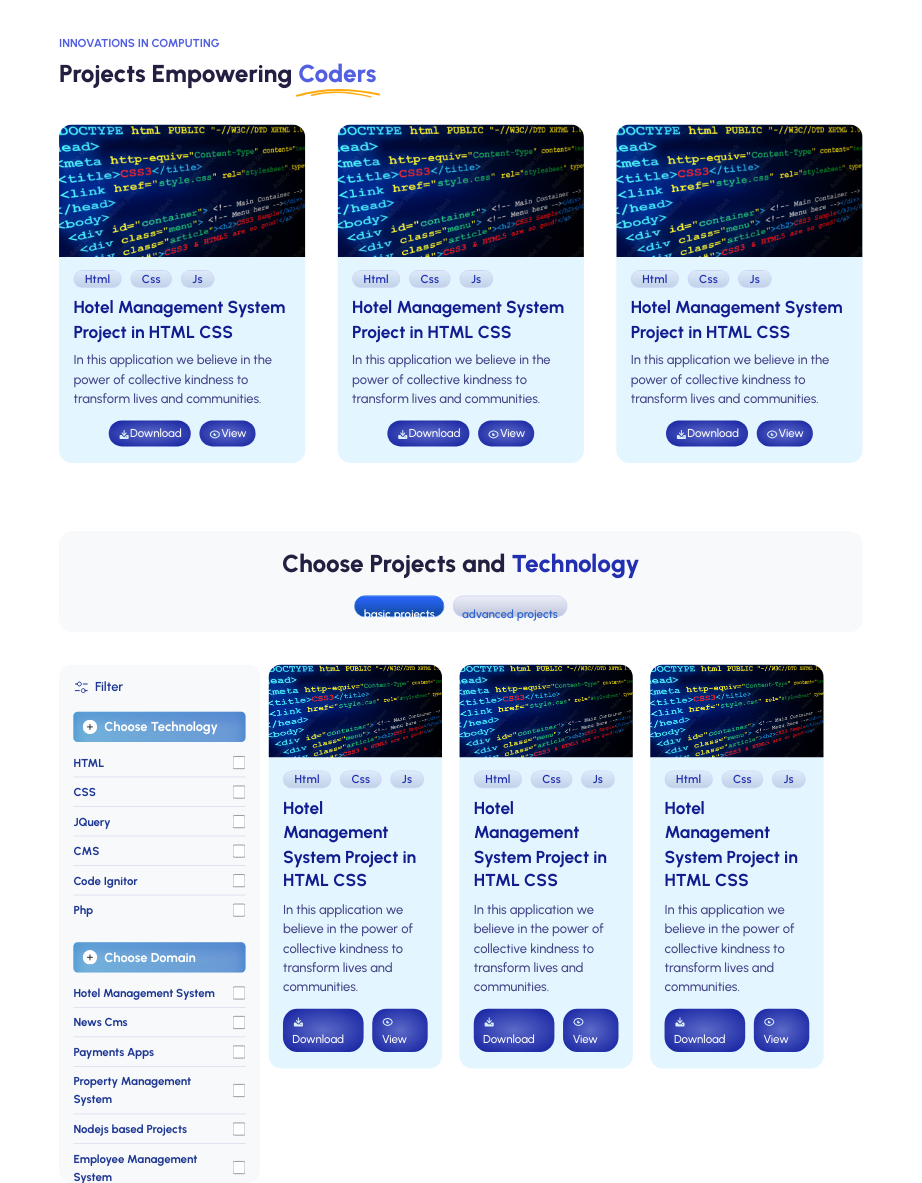
Repository: sharma171/jtccreativeideas
Page: /newsection (app in nextjssite/)
These files come from the project's save history. The page is drawn as it stood at one moment and after the next save; the edit follows.
The browser window is 1280 px wide. The pictures show the whole page, at 72% of full size.
The project was rebuilt for these pictures with package versions that can differ from the ones it lists, and the page was loaded fresh each time. The framework's server and built-in components were replaced by stand-ins that run in the browser. Also part of the build but not shown: nextjssite/next.config.mjs.

Above is the page before, as saved 2024-03-30 18:42:48.

After the next save:
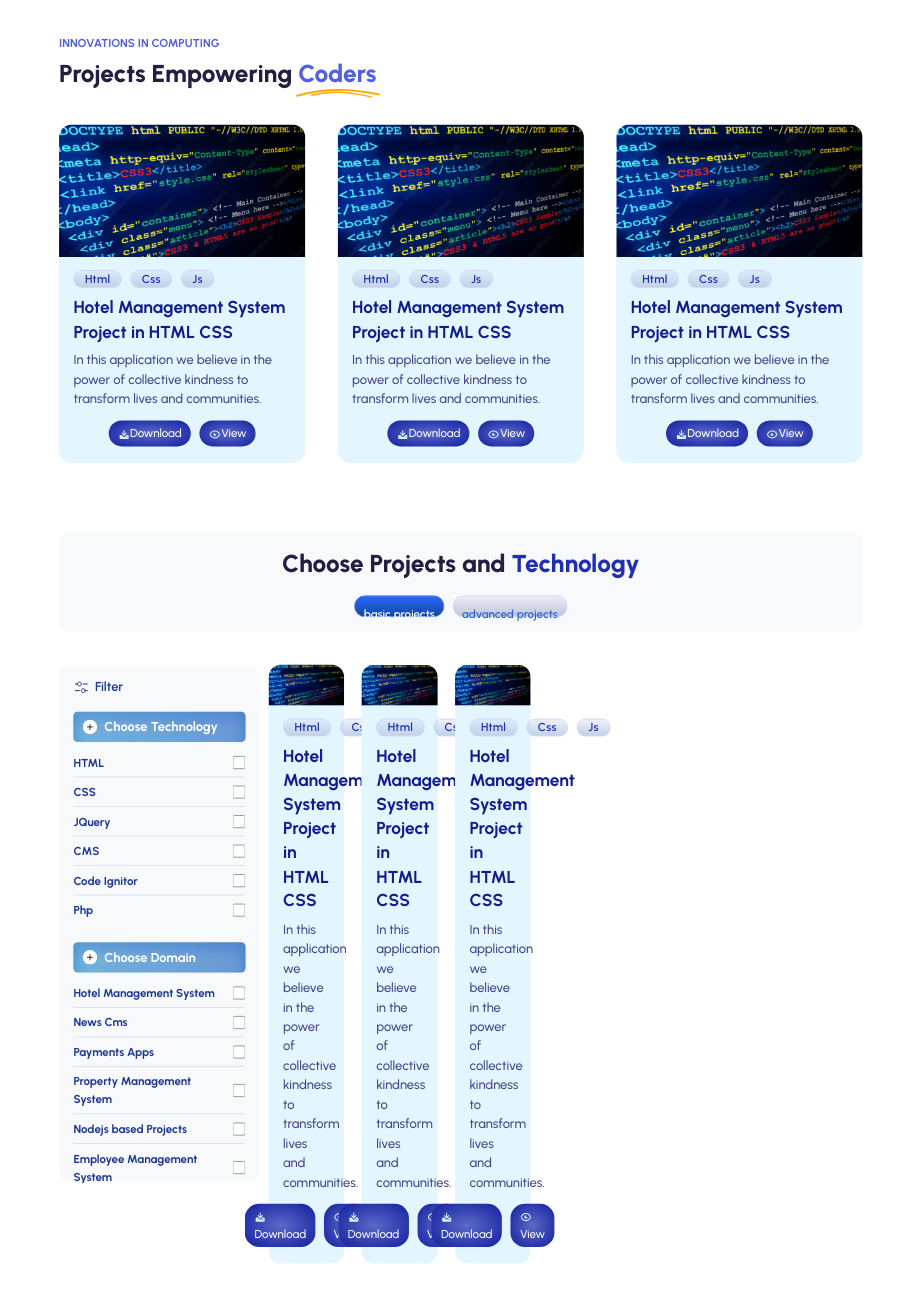
Saved 43 s later.
--- a/nextjssite/src/app/newsection/page.css
+++ b/nextjssite/src/app/newsection/page.css
@@ -397,6 +397,9 @@ section.projects {
     flex-wrap: wrap;
     gap: 24px;
 }
+.ecom-content .project-cards {
+    width: 50%;
+}
 .ecom-filter::-webkit-scrollbar{width:.0em;height:.0em; border-radius: 10px}
 *::-webkit-scrollbar{width:.6em;height:.1em; border-radius: 10px}
 *::-webkit-scrollbar-track{-webkit-box-shadow:inset 0 0 6px transparent}
